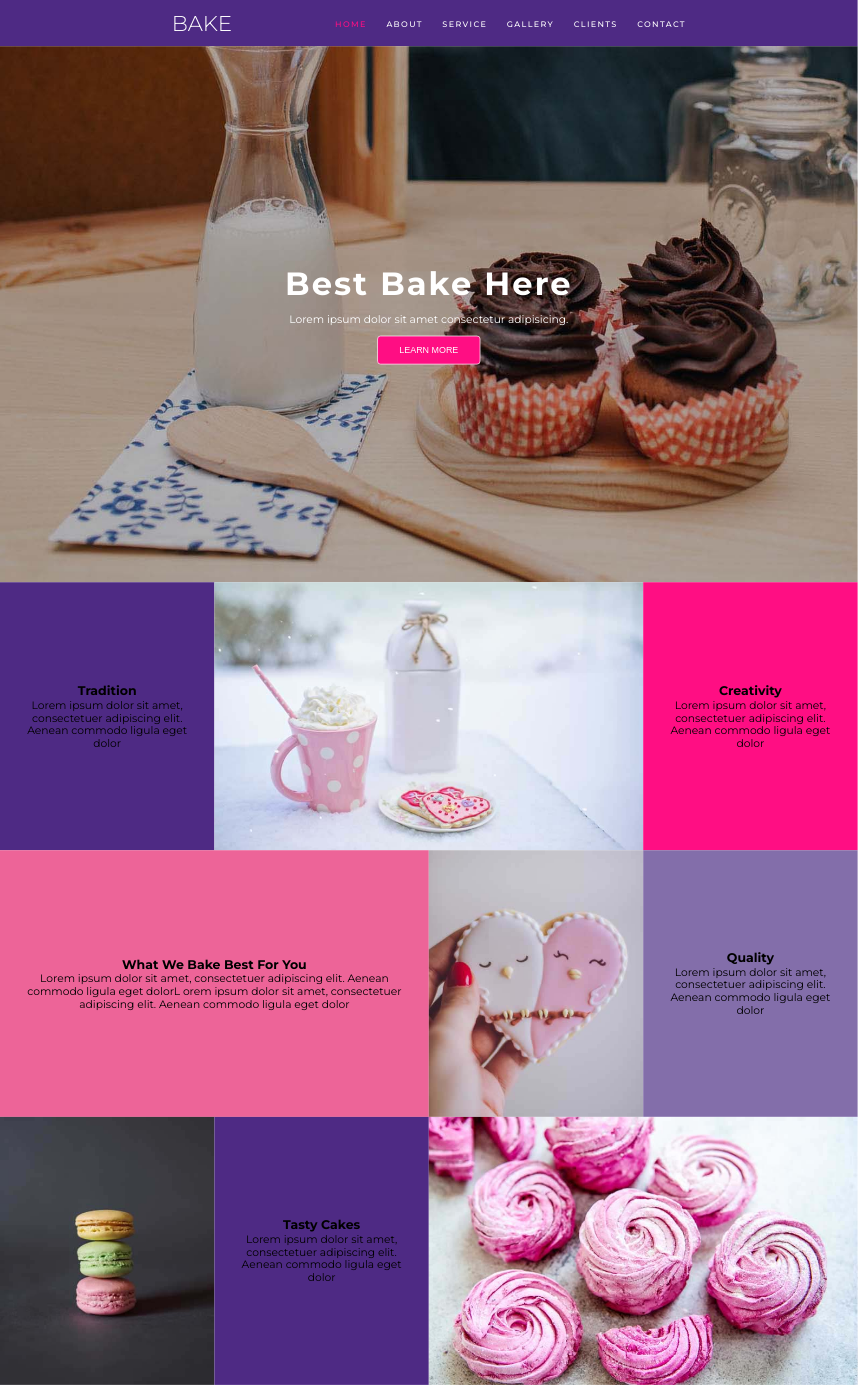
Repository: giahuy405/Bake
Page: index.html
An editor plug-in stored every save of this project. The page is shown before and after the next save, followed by the edit.
The browser window is 1280 px wide. The pictures show the whole page, at 67% of full size.

Above is the page before, as saved 2022-09-13 15:22:38.

### index.html
<!DOCTYPE html>
<html lang="en">
<head>
    <meta charset="UTF-8">
    <meta http-equiv="X-UA-Compatible" content="IE=edge">
    <meta name="viewport" content="width=device-width, initial-scale=1.0">
    <title>Document</title>
    <!-- Google Fonts -->
    <link href="https://fonts.googleapis.com/css2?family=Montserrat:wght@300;400;500;700&display=swap" rel="stylesheet">

    <link rel="stylesheet" href="./css/index.css">
</head>
<body>
        <header>
            <div class="header__content">
                <h1>BAKE</h1>
                <nav>
                    <ul>
                        <li><a class="active" href="#">HOME</a></li>
                        <li><a href="#">ABOUT</a></li>
                        <li><a href="#">SERVICE</a></li>
                        <li><a href="#">GALLERY</a></li>
                        <li><a href="#">CLIENTS</a></li>
                        <li><a href="#">CONTACT</a></li>
                    </ul>
                </nav>
            </div>
        </header>
        <section class="carousel">
            <div class="carousel__content">
                <h1>Best Bake Here</h1>
                <p>Lorem ipsum dolor sit amet consectetur adipisicing.</p>
                <button>LEARN MORE</button>
            </div>
        </section>
        <section class="intro">
            <div class="intro__item">
                <div class="intro__content">
                    <h3>Tradition</h3>
                    <p>Lorem ipsum dolor sit amet, consectetuer adipiscing elit. Aenean commodo ligula eget dolor</p>
                </div>
            </div>
            <div class="intro__item">
                <img src="./img/ab1.jpg" alt="">
            </div>
            <div class="intro__item">
                <div class="intro__content">
                    <h3>Creativity</h3>
                    <p>Lorem ipsum dolor sit amet, consectetuer adipiscing elit. Aenean commodo ligula eget dolor</p>

                </div>
            </div>
            <div class="intro__item">
                <div class="intro__content">
                    <h3>What We Bake Best For You</h3>
                <p>Lorem ipsum dolor sit amet, consectetuer adipiscing elit. Aenean commodo ligula eget dolorL orem ipsum dolor sit amet, consectetuer adipiscing elit. Aenean commodo ligula eget dolor</p>
                </div>
            </div>
            <div class="intro__item">
                <img src="./img/ab2.jpg" alt="">
            </div>
            <div class="intro__item">
                <div class="intro__content">
                    <h3>Quality</h3>
                    <p>Lorem ipsum dolor sit amet, consectetuer adipiscing elit. Aenean commodo ligula eget dolor</p>
                </div>

            </div>
            <div class="intro__item">
                <img src="./img/ab3.jpg" alt="">
            </div>
            <div class="intro__item">
                <div class="intro__content">
                    <h3>Tasty Cakes</h3>
                    <p>Lorem ipsum dolor sit amet, consectetuer adipiscing elit. Aenean commodo ligula eget dolor</p>
                </div>
            </div>
            <div class="intro__item">
                <img src="./img/ab4.jpg" alt="">
            </div>
        </section>
</body>
</html>

### css/index.css
*{
    padding: 0;
    margin: 0;
    box-sizing: border-box;
}
html{
    font-size: 16px;
    font-family: 'Montserrat', sans-serif;
}
header{
    background-color: #4e2a84;
    color: white;
    padding: 15px 0;
}
header .header__content h1{
    font-weight: 300;
}
nav ul{
    list-style: none;
}
nav li{
    display: inline;
    margin-left: 25px;
}
nav a{
    color: white;
    text-decoration: none;
    font-size: 12px;
    font-weight: 500;
    letter-spacing: 2px;
    transition: all .5s;
}
.header__content{
    display: flex;
    justify-content: space-around;
    align-items: center;
    width: 70%;
    margin: 0 auto;
}
nav ul li .active{
    color: #ff0e83;
}
nav ul li a:hover{
    color: #ff0e83;
}
.carousel{
    background-image: url(../img/b3.jpg);
    height: 800px;
    background-position: center;
    background-size: cover;
    color: white;
    text-align: center;
    display: flex;
    align-items: center;
    justify-content: center;
}
.carousel__content h1{
    font-size: 3rem;
    letter-spacing: 3px;
}
.carousel__content p{
    line-height: 3;
}
button{
    padding: 13px 32px;
    background-color: #ff0e83;
    border: 1px solid white;
    border-radius: 5px;
    color: white;
    cursor: pointer;
    transition: all .5s;
}
button:hover{
    background-color: white;
    color: black;
    border-color: #ff0e83;
}
.intro{
    display: grid;
    grid-template-columns: repeat(4,1fr);
}
.intro__item:nth-child(1),.intro__item:nth-child(8){
    background-color: #4e2a84;
}
.intro__item:nth-child(2){
    grid-column: 2 / span 2;
}
.intro__item:nth-child(3){
    background-color: #ff0e83;
}
.intro__item:nth-child(4){
    grid-column: 1 / span 2;
    background-color: #ed6498;
}
.intro__item:nth-child(9){
    grid-column:  3 / span 2;
}
.intro__item:nth-child(6){
    background-color: #836eaa;
}
.intro__item img{
    width: 100%;
    height: 100%;
}
.intro__item{
    display: flex;
    align-items: center;
    text-align: center;

}
.intro__content{
    padding: 30px;
}

After the next save:
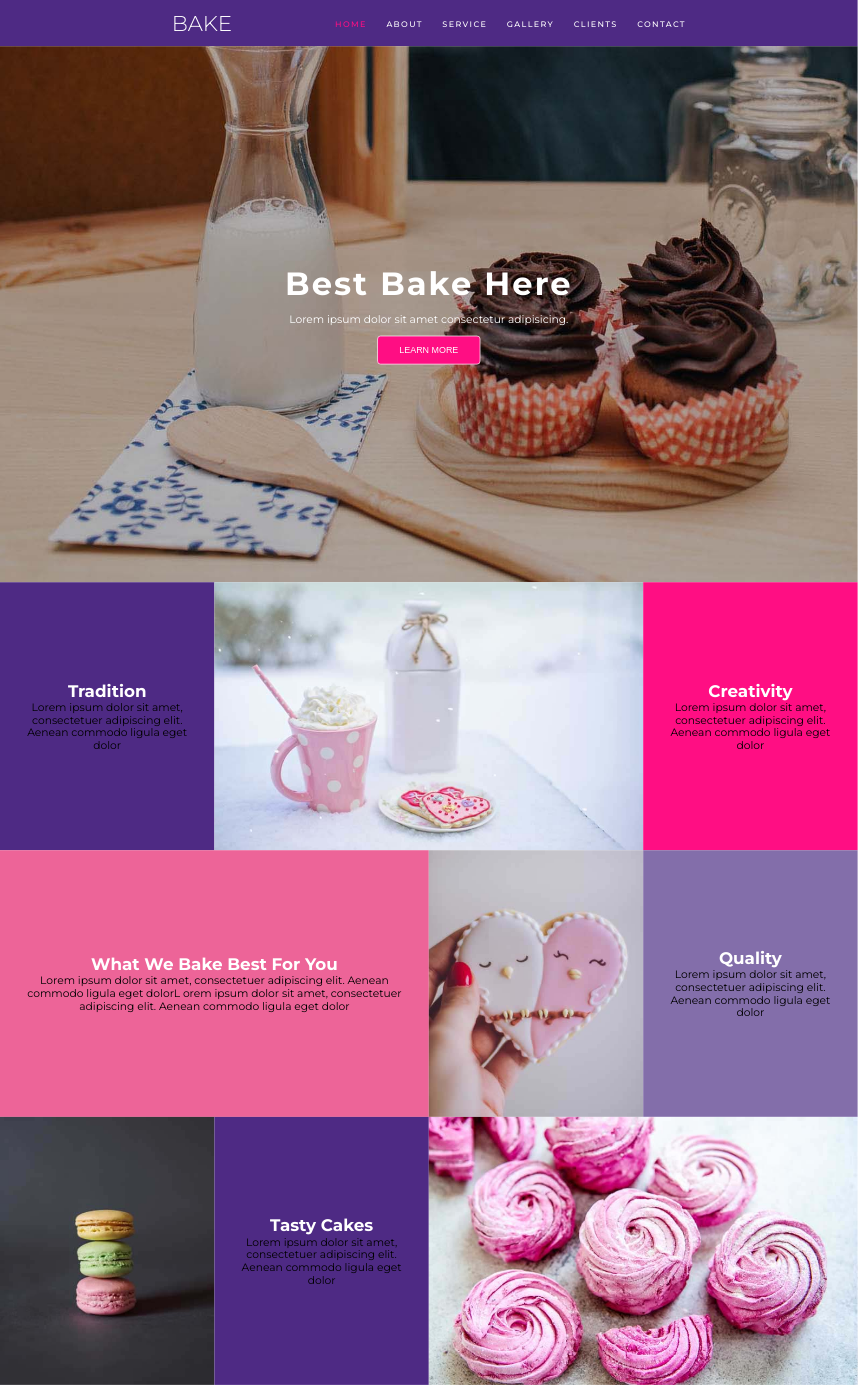
Saved 50 s later.
--- a/css/index.css
+++ b/css/index.css
@@ -111,3 +111,7 @@
 .intro__content{
     padding: 30px;
 }
+.intro__content h3{
+    color: white;
+    font-size: 25px;
+}
